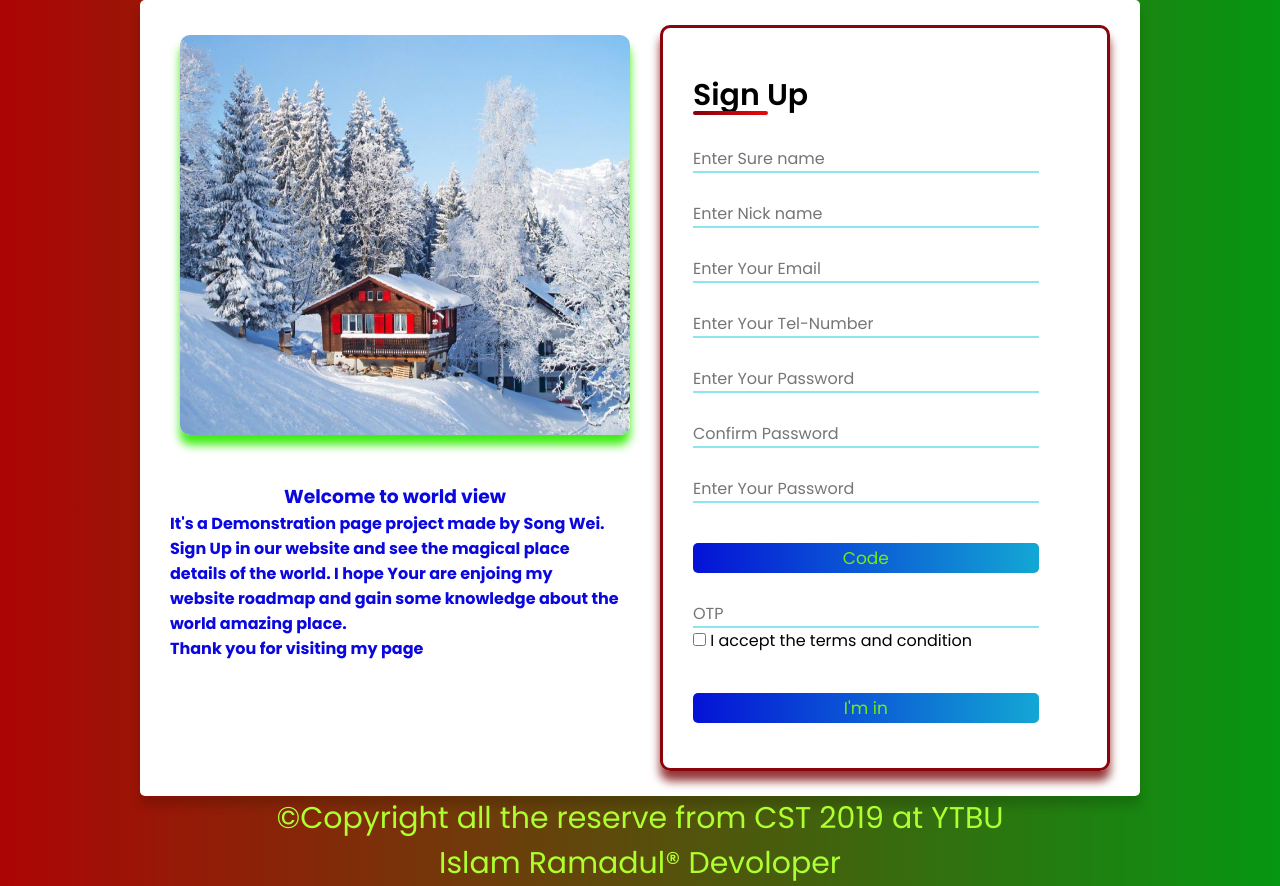
Repository: dev-ashik/Halloween
Page: Reg Page/Index.html
An editor plug-in stored every save of this project. The page is shown before and after the next save, followed by the edit.
The browser window is 1280 px wide. The pictures show the whole page.

Above is the page before, as saved 2021-12-22 00:06:42.

After the next save:
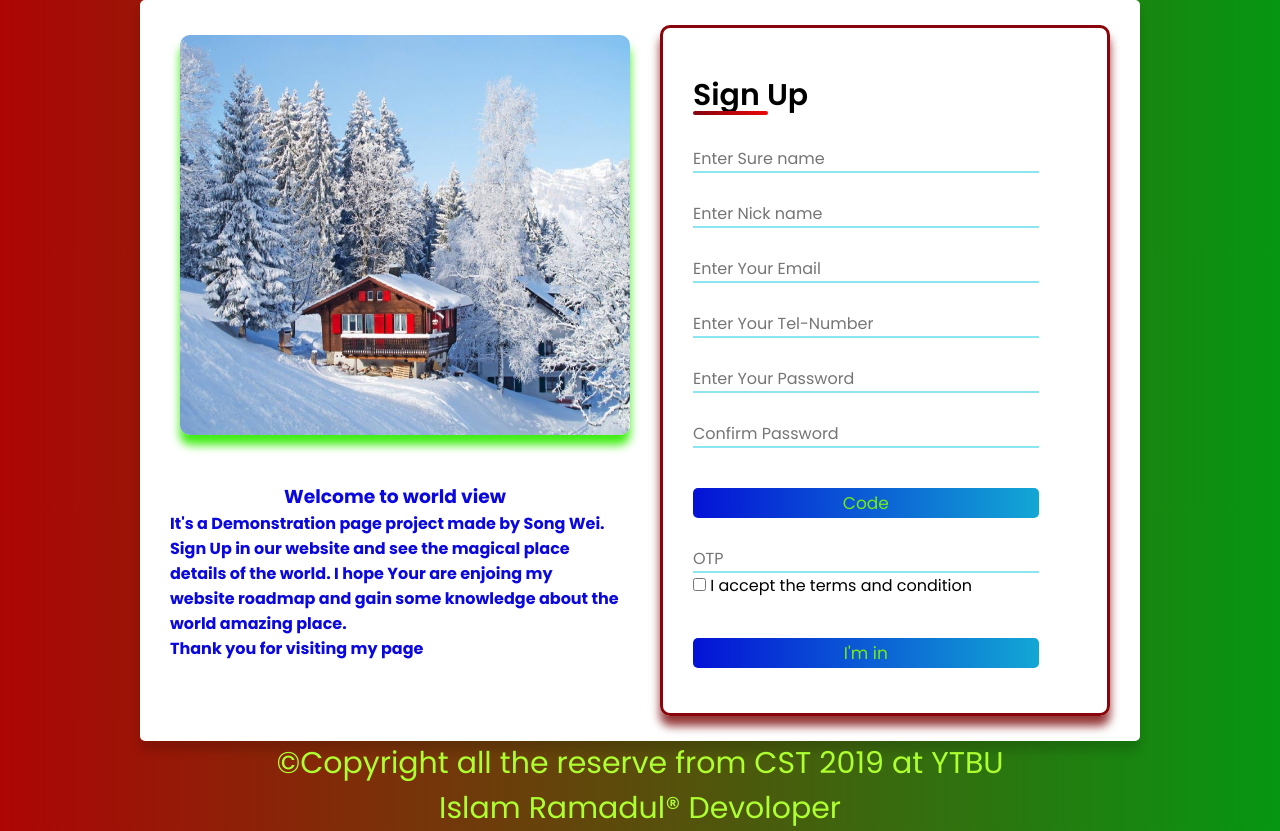
Saved 74 s later.
--- a/Reg Page/Index.html
+++ b/Reg Page/Index.html
@@ -46,10 +46,6 @@
                     <input type="password" placeholder="Confirm Password" id="pwd" required>
                     <div class="underline"></div>
                 </div>
-                <div class="box">
-                    <input type="password" placeholder="Enter Your Password" id="pwd" required>
-                    <div class="underline"></div>
-                </div>
                 <div class="box button">
                     <button onclick="vercod()" id="vc">Code</button>
                     <!--Code form-->
